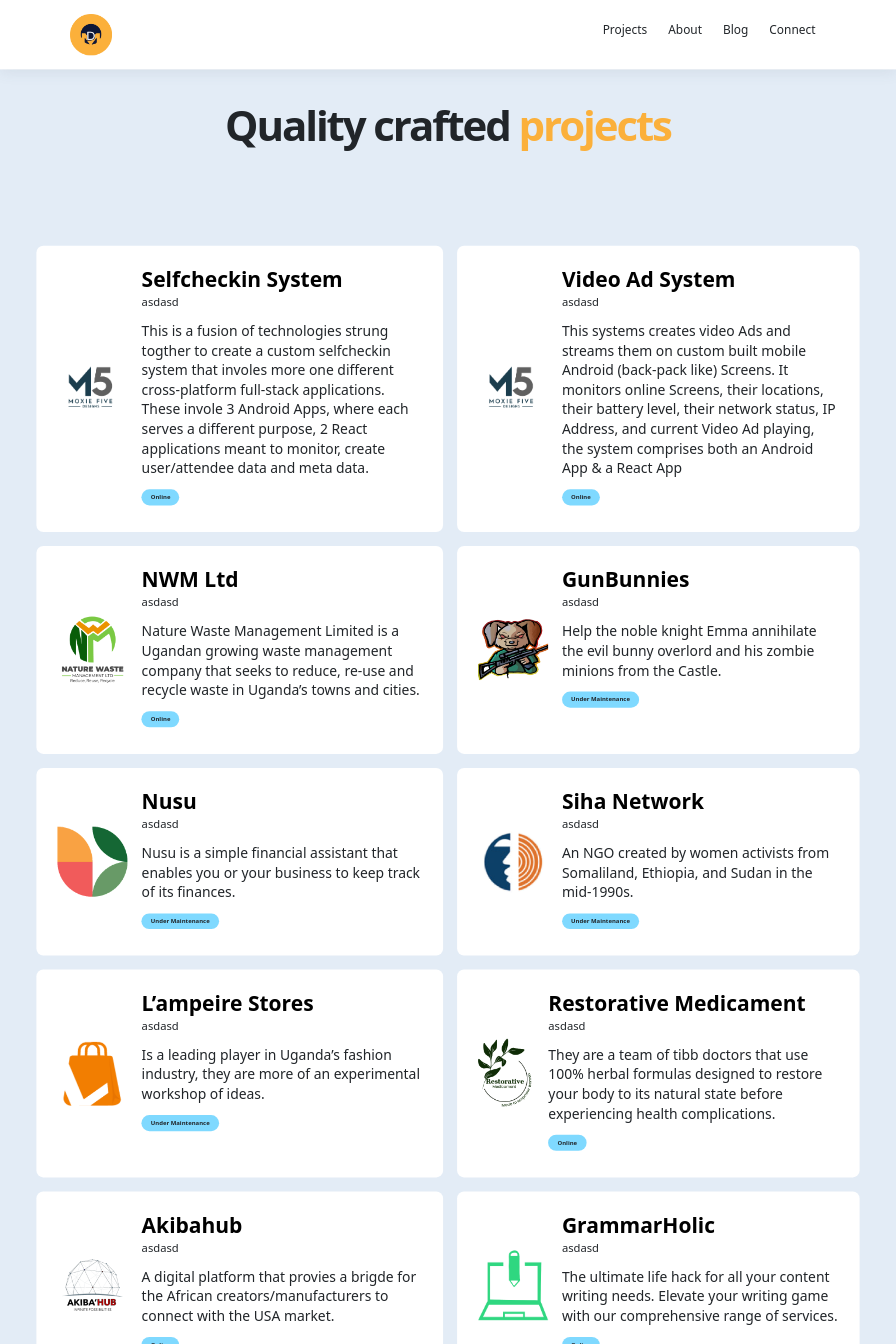
Repository: kaizoku010/firebrand
Page: /apps
The author's editor kept a copy of each file at every save. The page is drawn from the files as they stood at one save, then again after a run of saves.
The browser window is 1280 px wide. The pictures show the part of the page from y = 0 to 1920 px (the page is 3520 px tall), at 70% of full size.
The project was rebuilt for these pictures with package versions that can differ from the ones it lists, and the page was loaded fresh each time. Also part of the build but not shown: vite.config.js, src/update/homescreen.css, src/update/homescreen.js, src/update/blog.css, src/update/blog.js, src/update/connect.css, src/update/connect.js. Imported but missing from the stored project, and not drawn on this page: src/update/about.js.

Above is the page before, as saved 2024-05-27 13:24:03.

After the next 4 saves:
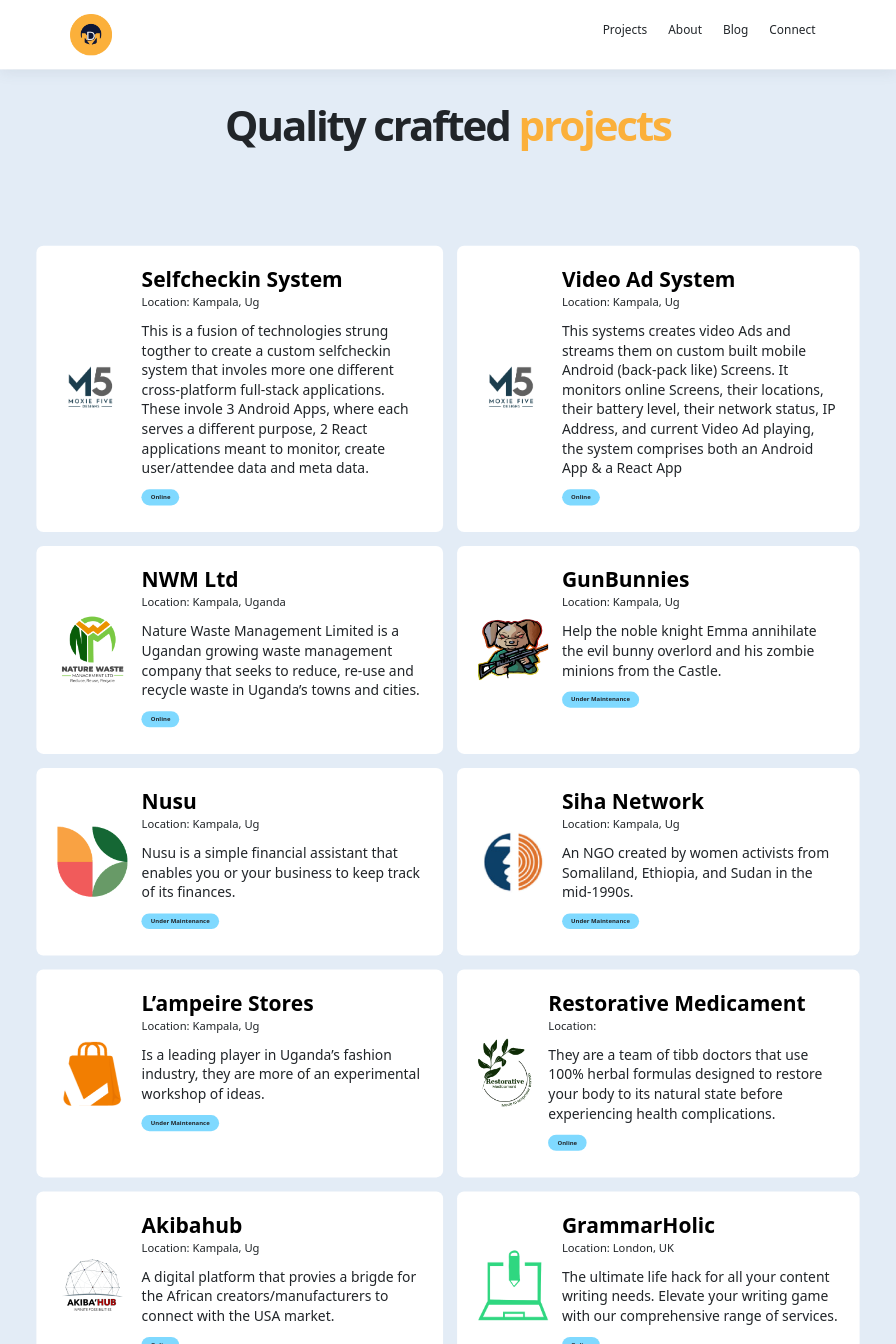
The 4 saves are shown as one change because they came seconds apart.
The last was saved 14 s later.
--- a/src/update/appsPage.js
+++ b/src/update/appsPage.js
@@ -29,7 +29,7 @@
                        <Link className='link-list' to={project.link} target="_blank">
                     <h1 className="site-title">{project.title}</h1>
                         </Link>
-                        <p>asdasd</p>
+                        <p>Location: {project.location}</p>
                   <h2 className="site-desc">{project.desc}</h2>
                   <div className="chip-layout">
 
